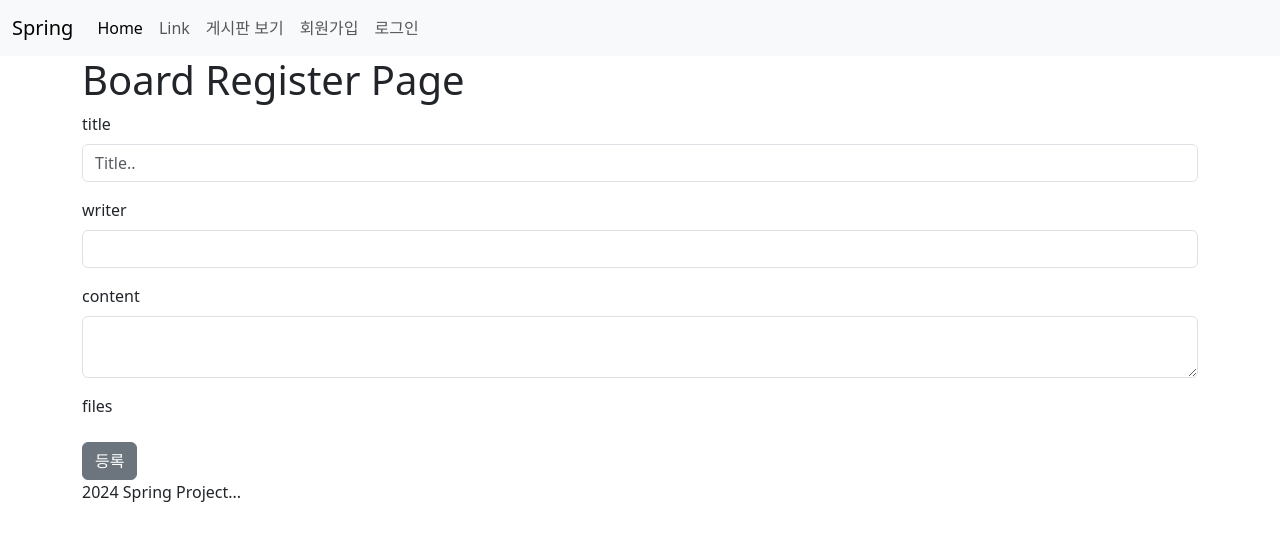
Repository: gajami-kim/240430_Spring_Study
Page: http://localhost/spring_study/WEB-INF/views/board/register.jsp
These files come from the project's save history. The page is drawn as it stood at one moment and after the next save; the edit follows.
The browser window is 1280 px wide. The pictures show the whole page.
The page is served by Tomcat 9. Nobody is signed in. The template is opened directly, without the code that normally fills it, so the values that code supplies are empty.

Above is the page before, as saved 2024-04-29 01:35:23.

After the next save:
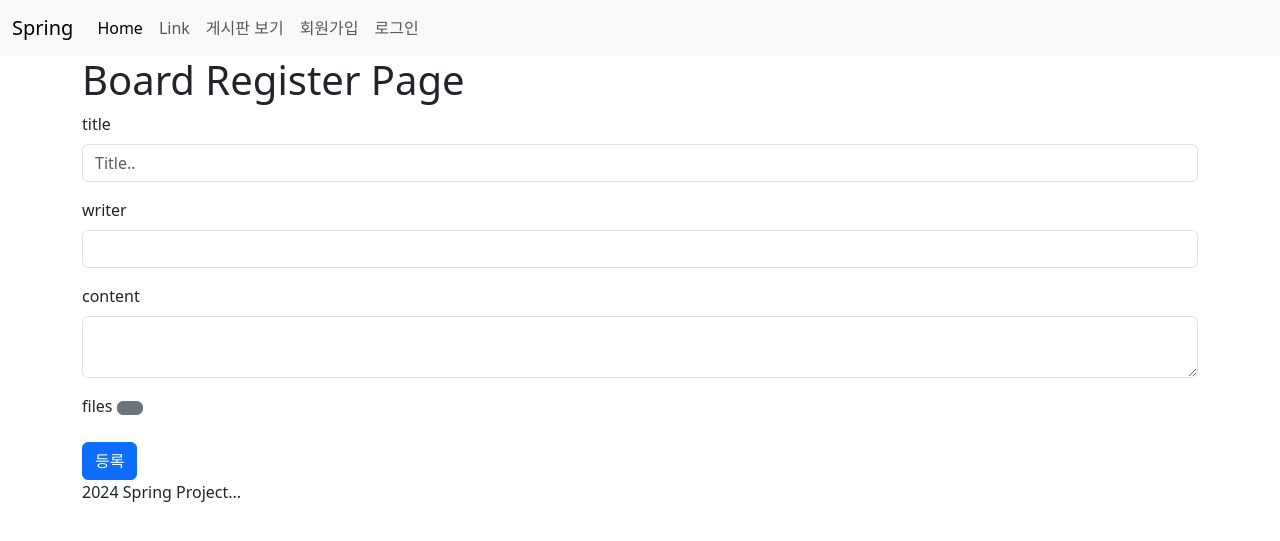
Saved 63 s later.
--- a/spring_study/src/main/webapp/WEB-INF/views/board/register.jsp
+++ b/spring_study/src/main/webapp/WEB-INF/views/board/register.jsp
@@ -23,8 +23,9 @@
 		<div class="mb-3">
 		  <label for="file" class="form-label">files</label>
 		  <input type="file" class="form-control" name="files" id="file" multiple="multiple" style="display: none">
+		  <button type="button" class="btn btn-secondary"></button>
 		</div>
-		<button type="submit" class="btn btn-secondary">등록</button>
+		<button type="submit" class="btn btn-primary">등록</button>
 	</form>
 </div>
 
